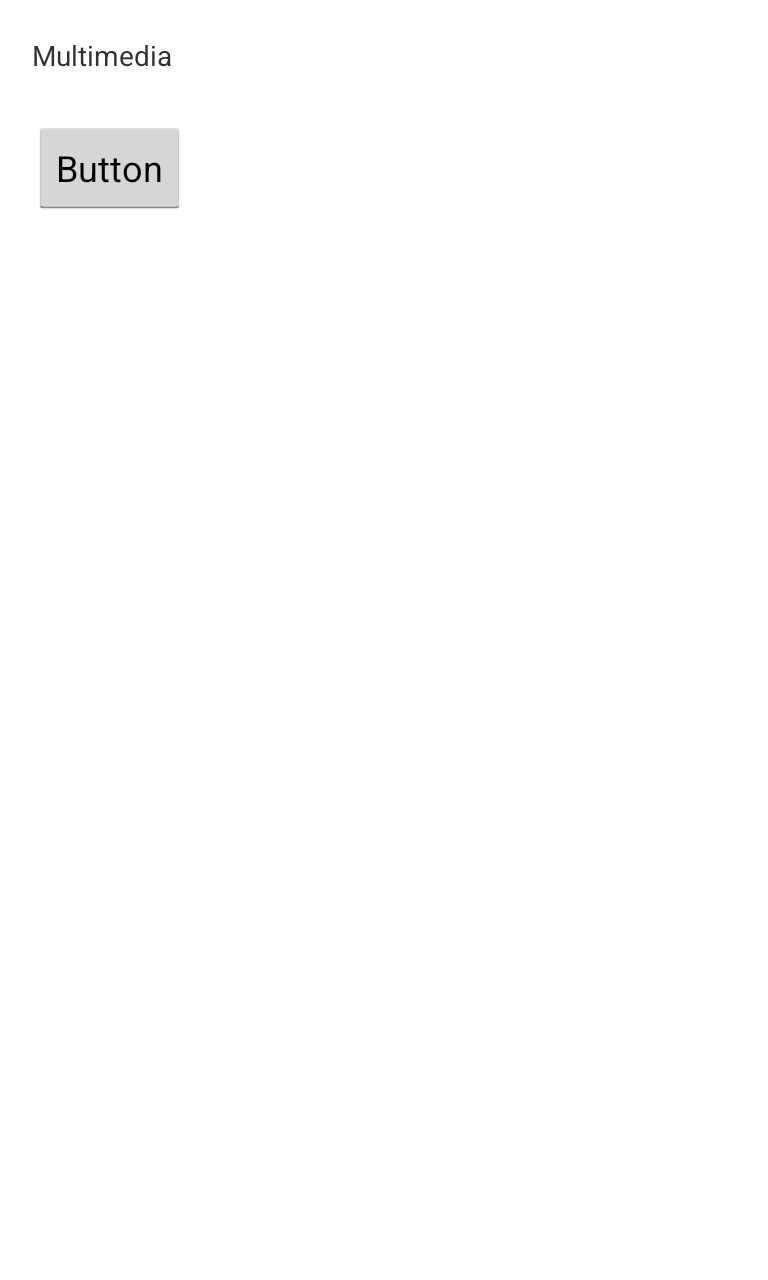
Repository: Amir13/Android_Basic_Steps
Layout: ViewElements5/res/layout/fragment_multimedia.xml
An editor plug-in stored every save of this project. The layout is shown before and after the next save, followed by the edit.
It is drawn on a 768 x 1280 px phone screen (xhdpi) without system bars, with theme AppTheme; the app's code is not run.

Above is the layout before, as saved 2014-06-15 01:26:51.

### ViewElements5/res/layout/fragment_multimedia.xml
<?xml version="1.0" encoding="utf-8"?>
<RelativeLayout xmlns:android="http://schemas.android.com/apk/res/android"
    android:layout_width="match_parent"
    android:layout_height="match_parent" >

    <TextView
        android:id="@+id/textView1"
        android:layout_width="wrap_content"
        android:layout_height="wrap_content"
        android:layout_alignParentLeft="true"
        android:layout_alignParentTop="true"
        android:layout_marginLeft="16dp"
        android:layout_marginTop="18dp"
        android:text="Multimedia" />

    <Button
        android:id="@+id/button1"
        android:layout_width="wrap_content"
        android:layout_height="wrap_content"
        android:layout_alignLeft="@+id/textView1"
        android:layout_below="@+id/textView1"
        android:layout_marginTop="23dp"
        android:text="Button" />

</RelativeLayout>

Loaded but not shown: ViewElements5/res/values/styles.xml (common file); ViewElements5/res/values-v11/styles.xml (common file); ViewElements5/res/values-v14/styles.xml (common file)

After the next save:
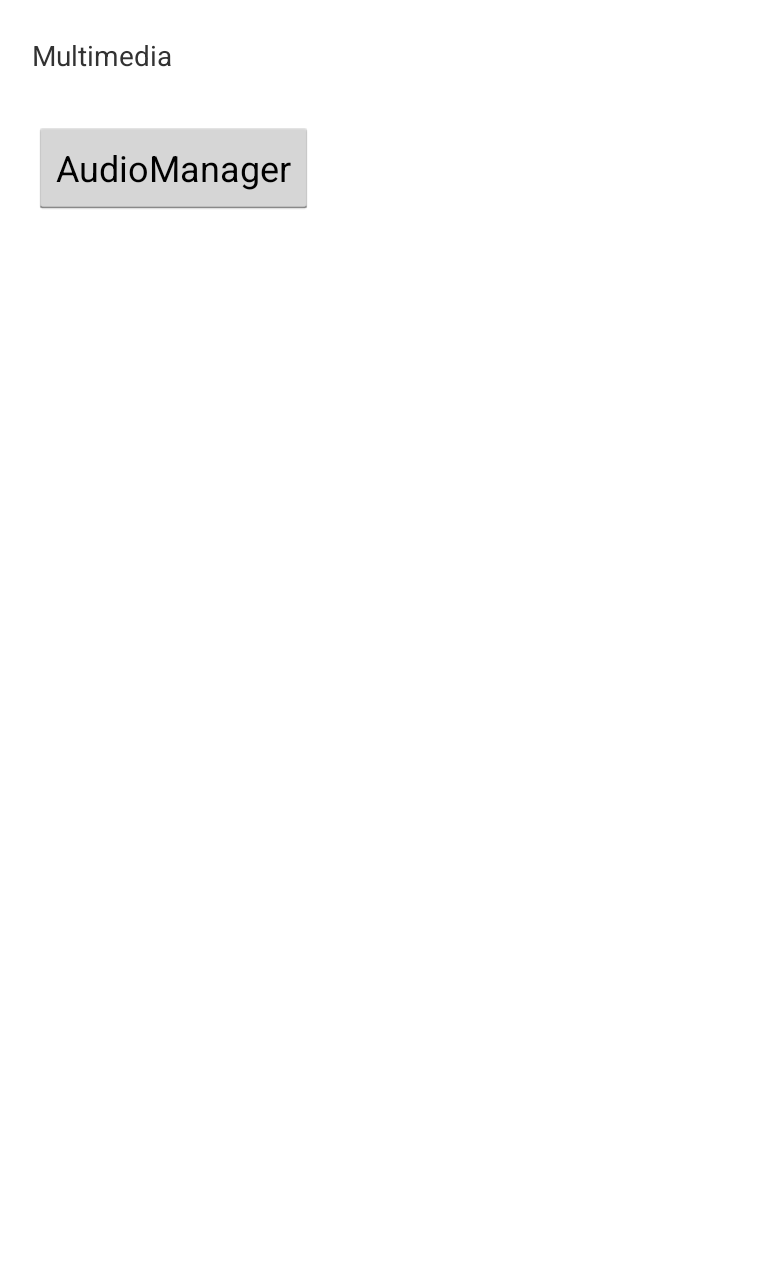
Saved 2 min 5 s later.
--- a/ViewElements5/res/layout/fragment_multimedia.xml
+++ b/ViewElements5/res/layout/fragment_multimedia.xml
@@ -20,6 +20,6 @@
         android:layout_alignLeft="@+id/textView1"
         android:layout_below="@+id/textView1"
         android:layout_marginTop="23dp"
-        android:text="Button" />
+        android:text="AudioManager" />
 
 </RelativeLayout>
